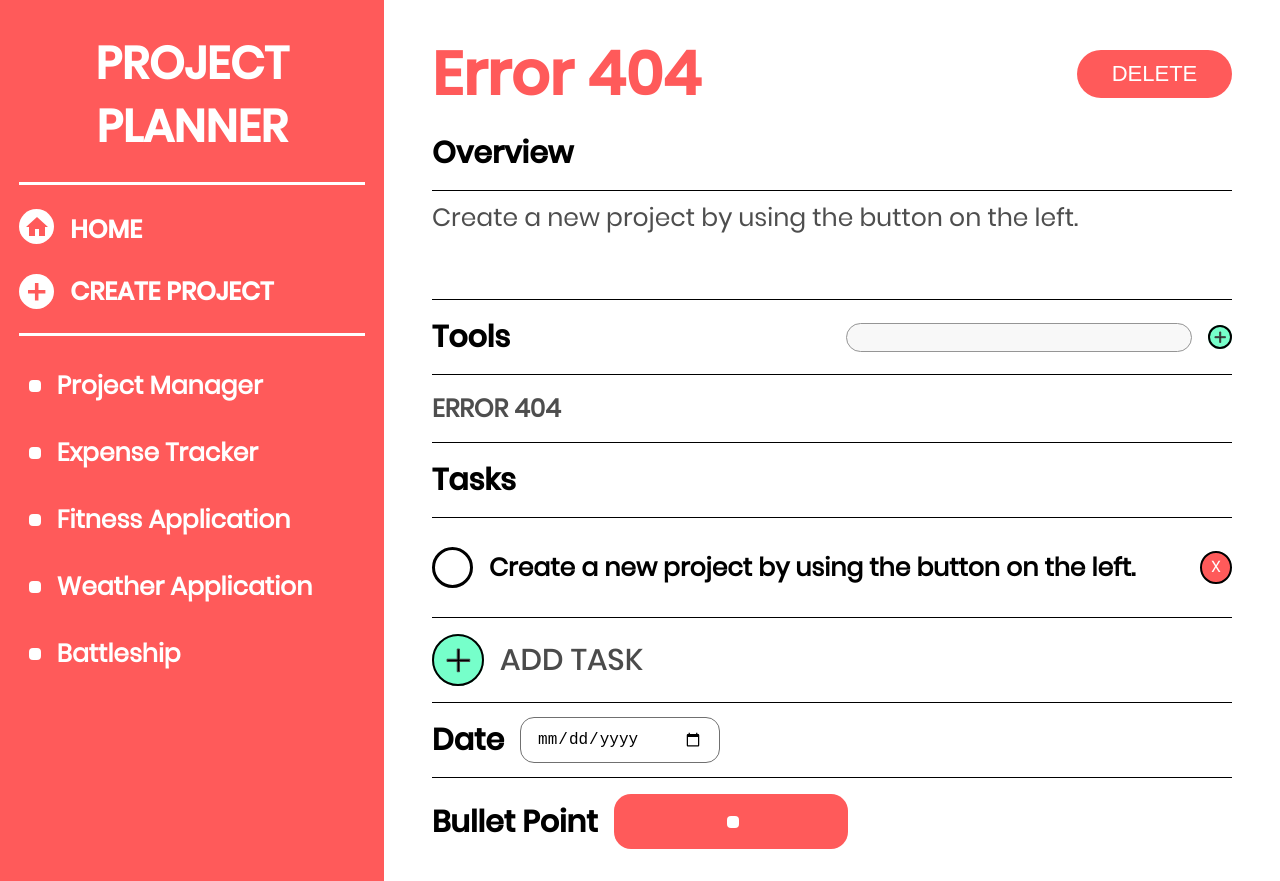
Repository: AzharMoosa/project-manager
Page: /project
These files come from the project's save history. The page is drawn as it stood at one moment and after a run of saves; the edit follows.
The browser window is 1280 px wide. The pictures show the whole page.
The project was rebuilt for these pictures with package versions that can differ from the ones it lists, and the page was loaded fresh each time. A package was used in the major version that the imports need, not the one package.json lists. Also part of the build but not shown: src/components/home/ProgressBar.js, src/components/home/ProjectProgress.js, src/components/home/Home.js.

Above is the page before, as saved 2020-06-25 14:09:57.

### public/index.html
<!DOCTYPE html>
<html lang="en">
  <head>
    <meta charset="utf-8" />
    <link rel="icon" href="%PUBLIC_URL%/favicon.ico" />
    <meta name="viewport" content="width=device-width, initial-scale=1" />
    <meta name="theme-color" content="#000000" />
    <meta
      name="description"
      content="Web site created using create-react-app"
    />
    <link rel="apple-touch-icon" href="%PUBLIC_URL%/logo192.png" />

    <link rel="manifest" href="%PUBLIC_URL%/manifest.json" />

    <title>Project Planner</title>
  </head>
  <body>
    <noscript>You need to enable JavaScript to run this app.</noscript>
    <div id="root"></div>
  </body>
</html>

### src/App.js
import React from "react";
import Sidebar from "./components/sidebar/Siebar";
import Main from "./components/Main";
import Modal from "./components/modal/Modal";
import { ProjectProvider } from "./ProjectContext";
import { SelectedProjectProvider } from "./SelectedProjectContext";
import { BrowserRouter } from "react-router-dom";

import "./App.css";

function App() {
  return (
    <BrowserRouter>
      <ProjectProvider>
        <SelectedProjectProvider>
          <div className='container'>
            <Sidebar />
            <Main />
            <Modal />
          </div>
        </SelectedProjectProvider>
      </ProjectProvider>
    </BrowserRouter>
  );
}

export default App;

### src/components/sidebar/Siebar.js
import React from "react";
import Header from "./Header";
import ProjectList from "../project-list/ProjectList";

const Siebar = () => {
  return (
    <div className='sidebar'>
      <Header />
      <ProjectList />
    </div>
  );
};

export default Siebar;

### src/components/Main.js
import React from "react";
import { Switch, Route } from "react-router-dom";
import Home from "./home/Home";
import CurrentProject from "./current-project/CurrentProject";

const Main = () => {
  return (
    <Switch>
      <Route exact path='/' component={Home}></Route>
      <Route exact path='/project' component={CurrentProject}></Route>
    </Switch>
  );
};

export default Main;

### src/SelectedProjectContext.js
import React, { useState, createContext } from "react";

export const SelectedProjectContext = createContext();

export const SelectedProjectProvider = (props) => {
  const [selectedProject, setSelectedProject] = useState({
    name: "Error 404",
    overview: "Create a new project by using the button on the left.",
    tools: ["Error 404"],
    progress: 0,
    tasks: [
      {
        task: "Create a new project by using the button on the left.",
        id: 1,
        complete: false,
      },
    ],
    color: "",
    date: "",
    id: 21,
  });

  return (
    <SelectedProjectContext.Provider
      value={[selectedProject, setSelectedProject]}
    >
      {props.children}
    </SelectedProjectContext.Provider>
  );
};

### src/App.css
:root {
  --red: #ff5a5a;
  --green: #76ffca;
  --blue: #76daff;
  --yellow: #fffa76;
  --purple: #ab76ff;
}

/* CSS RESET */

* {
  margin: 0;
  padding: 0;
  box-sizing: border-box;
}

/* Fonts */

@font-face {
  font-family: "Poppins-Med";
  src: url("./fonts/Poppins-Medium.ttf");
}

@font-face {
  font-family: "Poppins-Reg";
  src: url("./fonts/Poppins-Regular.ttf");
}

/* Body */

body {
  font-family: "Poppins-Reg";
  line-height: 1.4;
}

/* Utilities */

/* Bullet Points */

.white:before {
  content: " ";
  height: 12px;
  width: 12px;
  margin-right: 1rem;
  border-radius: 4px;
  background-color: #fff;
}

/* Container */
.container {
  display: flex;
}

/* Sidebar */
.sidebar {
  width: 30vw;
  background-color: var(--red);
  min-height: 100vh;
  color: #fff;
}

.title {
  font-size: 45px;
  font-family: "Poppins-Med";
  text-align: center;
  padding-top: 2rem;
}

.nav-btns::after,
.nav-btns:before {
  content: " ";
  display: block;
  border-bottom: 3px solid #fff;
  width: 100%;
  margin: 1.5rem auto;
}

.nav-btns {
  width: 90%;
  margin: auto;
}

.home-btn,
.create-project-btn {
  display: flex;
  align-items: center;
  margin-top: 1.5rem;
}

.home-btn h3,
.create-project-btn h3 {
  margin-left: 1rem;
  font-family: "Poppins-Med";
  font-size: 25px;
}

.home-btn svg,
.create-project-btn svg {
  cursor: pointer;
}

/* Home */

.home {
  width: 70vw;
  display: flex;
  flex-direction: column;
}

.home-title {
  font-size: 80px;
  font-family: "Poppins-Med";
  color: var(--red);
  text-align: center;
  margin-top: 1rem;
}

.home-title:after {
  content: " ";
  display: block;
  border-bottom: 5px solid var(--red);
  width: 342px;
  margin: 0 auto 1.5rem auto;
}

/* Selected Project */

.selected-project {
  width: 70vw;
  display: flex;
  flex-direction: column;
  padding: 2rem 3rem;
}

.selected-project-head {
  display: flex;
  align-items: center;
  justify-content: space-between;
}

.selected-project-title {
  color: var(--red);
  font-size: 60px;
  font-family: "Poppins-Med";
}

.selected-project h3 {
  font-size: 30px;
  font-family: "Poppins-Med";
  margin-top: 1rem;
}

.selected-project-heading:after,
.tools:before {
  content: " ";
  display: block;
  border-bottom: 1px solid #000;
  padding: 0.5rem 0;
}

.overview {
  color: #4e4e4e;
  font-size: 25px;
  font-family: "Poppins-Reg";
  padding: 0.5rem 0;
  outline: none;
  border: none;
  resize: none;
}

.tools-head {
  display: flex;
  justify-content: space-between;
  align-items: center;
  border-bottom: 1px solid #000;
  padding-bottom: 1rem;
}

.tools-input {
  margin-top: 1rem;
  display: flex;
  justify-content: center;
  align-items: center;
}

.add-tools {
  width: 346px;
  height: 29px;
  background-color: #f8f8f8;
  border: 1px solid #959595;
  border-radius: 15px;
  margin-right: 1rem;
  font-size: 15px;
  outline: none;
  padding: 0 1rem;
}

.add-tool-btn {
  cursor: pointer;
}

.tools-body {
  text-transform: uppercase;
  border-bottom: 1px solid #000;
}

.tools-body h3 {
  font-family: "Poppins-Reg";
  padding-bottom: 1rem;
  color: #4e4e4e;
  font-size: 25px;
}

.tasks-title {
  display: flex;
  align-items: center;
  border-bottom: 1px solid #000;
  padding-bottom: 1rem;
}

.bullet-point {
  border-radius: 50%;
  width: 41px;
  height: 41px;
  border: 3px solid #000;
  cursor: pointer;
  margin-right: 1rem;
}

.complete {
  background: var(--blue);
}

.not-complete {
  background: #fff;
}

.task {
  display: flex;
  justify-content: space-between;
  align-items: center;
}

.task-name {
  width: 100%;
  display: flex;
  align-items: center;
}

.task-name h3 {
  font-size: 25px;
  font-family: "Poppins-Reg";
  margin-bottom: 1rem;
}

.tasks {
  margin: 1rem 0;
}

.delete-task-btn {
  cursor: pointer;
  border-radius: 50%;
  width: 33px;
  height: 33px;
  border: 2px solid #000;
  cursor: pointer;
  background-color: var(--red);
  color: #fff;
  display: flex;
  justify-content: center;
  align-items: center;
}

.add-tasks {
  border-top: 1px solid #000;
  border-bottom: 1px solid #000;
  padding: 1rem 0;
  display: flex;
  align-items: center;
}

.add-tasks input {
  background: transparent;
  font-family: "Poppins-Med";
  border: none;
  font-size: 30px;
  outline: none;
  color: #000;
  margin-left: 1rem;
}

.add-tasks input::placeholder {
  color: #000;
  opacity: 0.7;
}

.add-tasks-btn {
  cursor: pointer;
  outline: none;
}

.date {
  display: flex;
  align-items: center;
  border-bottom: 1px solid #000;
}

.date h3 {
  margin-bottom: 1rem;
  margin-right: 1rem;
}

.date input {
  width: 200px;
  height: 46px;
  border-radius: 14px;
  border: 1px solid #707070;
  padding: 0 1rem;
  font-size: 16px;
}

.bullet-point-selector {
  display: flex;
  align-items: center;
}

.bullet-point-selector-bg {
  width: 234px;
  height: 55px;
  background-color: var(--red);
  margin-left: 1rem;
  margin-top: 1rem;
  display: flex;
  align-items: center;
  justify-content: space-between;
  padding-left: 2rem;
  border-radius: 17px;
}

/* Project Sidebar List */

.project-side {
  width: 85%;
  margin: 2rem auto;
  display: flex;
  align-items: center;
  cursor: pointer;
}

.project-side h3 {
  font-size: 25px;
}

/* Progress Bar */
.progressbar {
  width: 90%;
  background-color: #fff;
  border: 2px solid #2f2f2f;
  border-radius: 17px;
  margin: 0 auto 2rem auto;
}

.progressbar > div {
  background-color: var(--green);
  height: 33px;
  border-radius: 17px;
}

.progressbar > div h3 {
  display: flex;
  justify-content: flex-end;
  align-items: center;
  line-height: 1.8;
  margin-right: 1rem;
}

/* Project List */

.project-title {
  width: 90%;
  margin: 1.2rem auto;
  display: flex;
  justify-content: space-between;
}

.project-title h3 {
  font-size: 25px;
  font-family: "Poppins-Med";
}

.project-title h4 {
  font-size: 20px;
  font-family: "Poppins-Reg";
  color: #505050;
}

/* Create Project Popup */

.hide {
  display: none !important;
}

.create-project-popup {
  display: flex;
  justify-content: center;
  align-items: center;
  position: fixed;
  z-index: 1;
  left: 0;
  top: 0;
  width: 100%;
  height: 100%;
  background-color: rgb(0, 0, 0);
  background-color: rgba(99, 99, 99, 0.6);
}

.create-project-popup-content {
  background-color: var(--red);
  padding: 20px;
  border: 3px solid #343434;
  min-width: 526px;
  min-height: 617px;
  color: #fff;
  -webkit-box-shadow: 10px 10px 6px 0px rgba(0, 0, 0, 0.75);
  -moz-box-shadow: 10px 10px 6px 0px rgba(0, 0, 0, 0.75);
  box-shadow: 10px 10px 6px 0px rgba(0, 0, 0, 0.75);
}

.create-project-popup-content h1 {
  text-align: center;
}

.create-project-popup-content h1:after {
  content: " ";
  display: block;
  border-bottom: 3px solid #fff;
  width: 250px;
  margin: 0 auto 1.5rem auto;
}

.form-input {
  width: 100%;
  display: flex;
  flex-direction: column;
  justify-content: center;
}

.form-input label {
  font-size: 25px;
  font-family: "Poppins-Med";
}

.form-input input {
  height: 46px;
  background-color: transparent;
  border: 2px solid #fff;
  outline: none;
  color: #fff;
  font-size: 21px;
  padding: 0 0.5rem;
  width: 100%;
  margin-bottom: 2rem;
}

.form-input textarea {
  height: 202px;
  background-color: transparent;
  border: 2px solid #fff;
  outline: none;
  color: #fff;
  font-size: 21px;
  padding: 0.5rem 0.5rem;
  width: 100%;
  margin-bottom: 2rem;
  font-family: "Poppins-Reg";
}

.create-btn {
  background-color: var(--green);
  width: 155px;
  height: 48px;
  border-radius: 24px;
  border: none;
  font-size: 22px;
  margin: 2rem auto 0 auto;
  cursor: pointer;
  outline: none;
}

.delete-btn {
  background-color: var(--red);
  width: 155px;
  height: 48px;
  border-radius: 24px;
  border: none;
  font-size: 22px;
  cursor: pointer;
  outline: none;
  color: #fff;
}

### src/components/project-list/ProjectList.js
import React, { useContext } from "react";
import { ProjectContext } from "../../ProjectContext";
import ProjectSide from "./ProjectSide";

const ProjectList = () => {
  // eslint-disable-next-line
  const [projects, setProjects] = useContext(ProjectContext);

  return (
    <div>
      {projects.map((project) => (
        <ProjectSide
          name={project.name}
          color={project.color}
          key={project.id}
          project={project}
        />
      ))}
    </div>
  );
};

export default ProjectList;

### src/components/current-project/CurrentProject.js
import React, { useContext, useState } from "react";
import Task from "./Task";
import { SelectedProjectContext } from "../../SelectedProjectContext";
import { ProjectContext } from "../../ProjectContext";

const CurrentProject = () => {
  // eslint-disable-next-line
  const [selectedProject, setSelectedProject] = useContext(
    SelectedProjectContext
  );
  const [projects, setProjects] = useContext(ProjectContext);
  const [toolInput, setToolInput] = useState("");
  const [taskInput, setTaskInput] = useState("");

  const modifyOverview = () => {
    let overview = document.querySelector(".overview").value;
    setSelectedProject((selectedProject) => ({
      ...selectedProject,
      overview: overview,
    }));
  };

  const updateTools = () => {
    if (toolInput === "") {
      return;
    }
    let updatedTools = [...selectedProject.tools, toolInput];
    setSelectedProject((selectedProject) => ({
      ...selectedProject,
      tools: updatedTools,
    }));
    clearToolsInput();
  };

  const updateTask = () => {
    if (taskInput === "") {
      return;
    }
    let newTask = {
      task: taskInput,
      complete: false,
      id: Math.floor(Math.random() * 100),
    };
    selectedProject.tasks.push(newTask);
    updateProgress();
    clearTaskInput();
  };

  const deleteTask = (e) => {
    selectedProject.tasks.map((task) =>
      parseInt(task.id) === parseInt(e.target.id)
        ? selectedProject.tasks.splice(selectedProject.tasks.indexOf(task), 1)
        : null
    );
    updateProgress();
  };

  const toggleComplete = (e) => {
    let updatedTasks = [...selectedProject.tasks];
    updatedTasks.map((task) =>
      parseInt(task.id) === parseInt(e.target.id)
        ? (task.complete = !task.complete)
        : null
    );
    setSelectedProject((selectedProject) => ({
      ...selectedProject,
      tasks: updatedTasks,
    }));
    updateProgress();
  };

  const clearToolsInput = () => {
    let input = document.querySelector(".add-tools");
    input.value = "";
    setToolInput("");
  };

  const clearTaskInput = () => {
    let input = document.querySelector(".add-task-input");
    input.value = "";
    setTaskInput("");
  };

  const updateProjects = () => {
    let updatedArray = [...projects];
    let i;
    updatedArray.map((p) =>
      p.name === selectedProject.name ? (i = projects.indexOf(p)) : null
    );
    updatedArray[i] = selectedProject;
    setProjects(updatedArray);
  };

  const updateProgress = () => {
    let updatedTasks = [...selectedProject.tasks];
    let count = 0;
    updatedTasks.map((task) => (task.complete === true ? count++ : null));
    let progress =
      updatedTasks.length > 0
        ? Math.floor((count / updatedTasks.length) * 100)
        : 0;
    setSelectedProject((selectedProject) => ({
      ...selectedProject,
      progress: progress,
    }));
  };

  const updateDate = () => {
    let newDate = document.querySelector(".date-input").value;
    setSelectedProject((selectedProject) => ({
      ...selectedProject,
      date: newDate,
    }));
  };

  const updateBulletPoint = (e) => {
    let newColor = e.target.className;
    setSelectedProject((selectedProject) => ({
      ...selectedProject,
      color: newColor,
    }));
  };

  return (
    <div className='selected-project'>
      <div className='selected-project-head'>
        <h1 className='selected-project-title'>{selectedProject.name}</h1>
        <button className='delete-btn' onClick={updateProjects}>
          DELETE
        </button>
      </div>

      <h3 className='selected-project-heading'>Overview</h3>

      <textarea
        type='text'
        className='overview'
        value={selectedProject.overview}
        onChange={modifyOverview}
      />
      <div className='tools'>
        <div className='tools-head'>
          <h3>Tools</h3>
          <div className='tools-input'>
            <input
              type='text'
              className='add-tools'
              onChange={(e) => setToolInput(e.target.value)}
            />
            <svg
              xmlns='http://www.w3.org/2000/svg'
              width='24'
              height='24'
              viewBox='0 0 24 24'
              className='add-tool-btn'
              onClick={updateTools}
            >
              <g
                id='Add_Tool_Btn'
                data-name='Add Tool Btn'
                transform='translate(-49.866 -241.866)'
              >
                <g
                  id='Ellipse_2'
                  data-name='Ellipse 2'
                  transform='translate(49.866 241.866)'
                  fill='#76ffca'
                  stroke='#000'
                  strokeWidth='2'
                >
                  <circle cx='12' cy='12' r='12' stroke='none' />
                  <circle cx='12' cy='12' r='11' fill='none' />
                </g>
                <path
                  id='icons8-plus'
                  d='M6.72,2V6.72H2V7.769H6.72v4.72H7.769V7.769h4.72V6.72H7.769V2Z'
                  transform='translate(54.819 246.819)'
                  stroke='#404040'
                  strokeWidth='1'
                  fillRule='evenodd'
                />
              </g>
            </svg>
          </div>
        </div>
        <div className='tools-body'>
          <h3>{selectedProject.tools.join(" | ")}</h3>
        </div>
      </div>

      <h3 className='selected-project-heading'>Tasks</h3>

      <div className='tasks'>
        {selectedProject.tasks.map((task) => (
          <Task
            key={task.id}
            id={task.id}
            task={task}
            toggleComplete={toggleComplete}
            deleteTask={deleteTask}
          />
        ))}
      </div>

      <div className='add-tasks'>
        <svg
          xmlns='http://www.w3.org/2000/svg'
          width='52'
          height='52'
          viewBox='0 0 52 52'
          className='add-tasks-btn'
          onClick={updateTask}
        >
          <g
            id='Add_Tool_Btn'
            data-name='Add Tool Btn'
            transform='translate(-49.866 -241.866)'
          >
            <g
              id='Ellipse_2'
              data-name='Ellipse 2'
              transform='translate(49.866 241.866)'
              fill='#76ffca'
              stroke='#000'
              strokeWidth='2'
            >
              <circle cx='26' cy='26' r='26' stroke='none' />
              <circle cx='26' cy='26' r='25' fill='none' />
            </g>
            <path
              id='icons8-plus'
              d='M12.21,2V12.21H2v2.269H12.21v10.21h2.269V14.479h10.21V12.21H14.479V2Z'
              transform='translate(62.905 254.905)'
              stroke='#404040'
              strokeWidth='1'
              fillRule='evenodd'
            />
          </g>
        </svg>
        <input
          className='add-task-input'
          onChange={(e) => setTaskInput(e.target.value)}
          placeholder={"ADD TASK"}
        />
      </div>

      <div className='date'>
        <h3>Date</h3>
        <input
          type='date'
          value={selectedProject.date}
          className='date-input'
          onChange={updateDate}
        />
      </div>

      <div className='bullet-point-selector'>
        <h3>Bullet Point</h3>
        <div className='bullet-point-selector-bg'>
          <div className='project-side blue' onClick={updateBulletPoint}></div>
          <div
            className='project-side yellow'
            onClick={updateBulletPoint}
          ></div>
          <div className='project-side white' onClick={updateBulletPoint}></div>
          <div className='project-side green' onClick={updateBulletPoint}></div>
          <div
            className='project-side purple'
            onClick={updateBulletPoint}
          ></div>
        </div>
      </div>
    </div>
  );
};

export default CurrentProject;

### src/components/project-list/ProjectSide.js
import React, { useContext } from "react";
import { SelectedProjectContext } from "../../SelectedProjectContext";
import { ProjectContext } from "../../ProjectContext";
import { Link } from "react-router-dom";

const Project = ({ name, color, project }) => {
  // eslint-disable-next-line
  const [selectedProject, setSelectedProject] = useContext(
    SelectedProjectContext
  );

  const [projects, setProjects] = useContext(ProjectContext);

  const updateProjects = () => {
    let updatedArray = [...projects];
    let i;
    updatedArray.map((p) =>
      p.name === selectedProject.name ? (i = projects.indexOf(p)) : null
    );
    updatedArray[i] = selectedProject;
    setProjects(updatedArray);
  };

  return (
    <Link to='/project' style={{ textDecoration: "none", color: "#fff" }}>
      <div className={`project-side white`}>
        <h3
          onClick={() => {
            updateProjects();
            setSelectedProject(project);
          }}
        >
          {name}
        </h3>
      </div>
    </Link>
  );
};

export default Project;

### src/components/current-project/Task.js
import React from "react";

const Task = ({ task, toggleComplete, id, deleteTask }) => {
  return (
    <div className='task'>
      <div className='task-name'>
        <div
          id={id}
          onClick={toggleComplete}
          className={`bullet-point ${
            task.complete ? "complete" : "not-complete"
          }`}
        ></div>
        <h3>{task.task}</h3>
      </div>
      <div className='delete-task-btn' onClick={deleteTask} id={id}>
        X
      </div>
    </div>
  );
};

export default Task;

Loaded but not shown: src/index.js (common file); src/ProjectContext.js (104 lines, source omitted); src/components/sidebar/Header.js (104 lines, source omitted); src/components/modal/Modal.js (73 lines, source omitted)

After the next 2 saves:
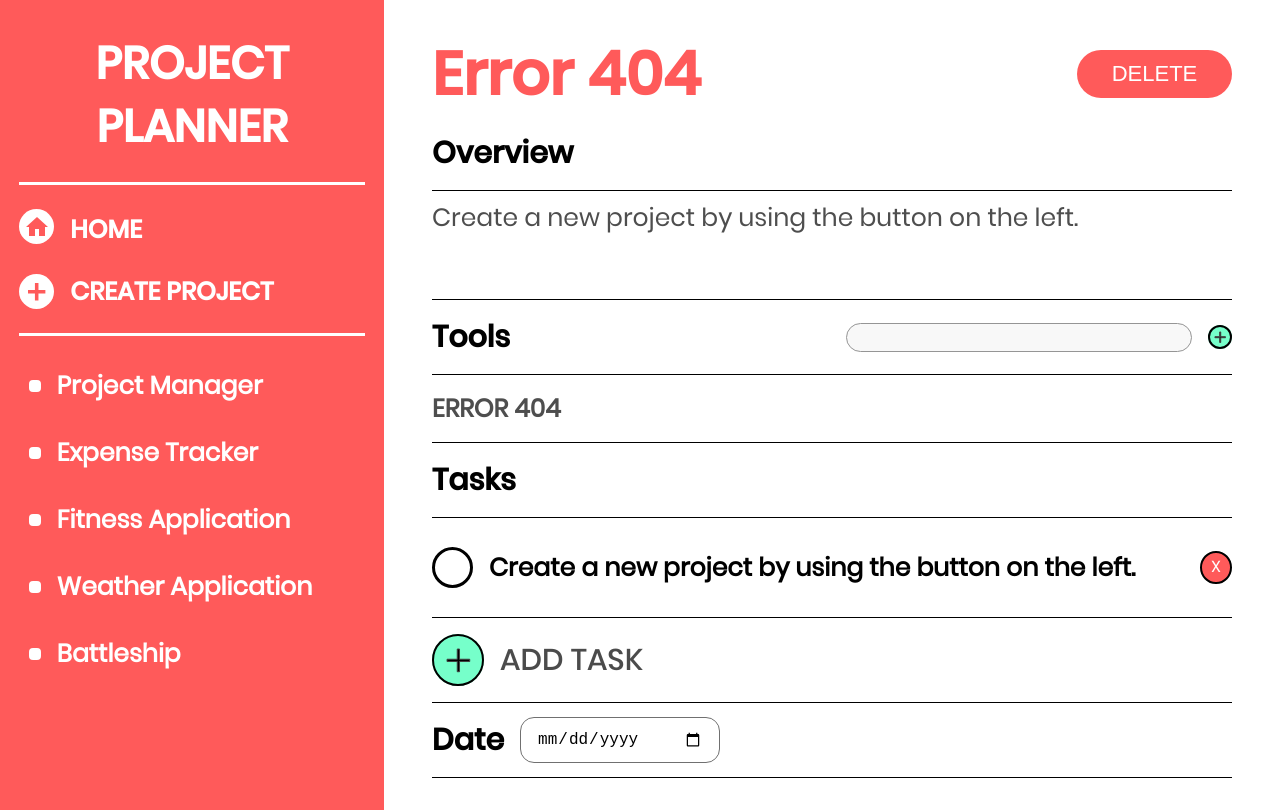
The 2 saves are shown as one change because 1 did not build or start.
The last was saved 26 s later.
--- a/src/components/current-project/CurrentProject.js
+++ b/src/components/current-project/CurrentProject.js
@@ -110,14 +110,6 @@ const CurrentProject = () => {
     setSelectedProject((selectedProject) => ({
       ...selectedProject,
       date: newDate,
-    }));
-  };
-
-  const updateBulletPoint = (e) => {
-    let newColor = e.target.className;
-    setSelectedProject((selectedProject) => ({
-      ...selectedProject,
-      color: newColor,
     }));
   };
 
@@ -253,23 +245,6 @@ const CurrentProject = () => {
           onChange={updateDate}
         />
       </div>
-
-      <div className='bullet-point-selector'>
-        <h3>Bullet Point</h3>
-        <div className='bullet-point-selector-bg'>
-          <div className='project-side blue' onClick={updateBulletPoint}></div>
-          <div
-            className='project-side yellow'
-            onClick={updateBulletPoint}
-          ></div>
-          <div className='project-side white' onClick={updateBulletPoint}></div>
-          <div className='project-side green' onClick={updateBulletPoint}></div>
-          <div
-            className='project-side purple'
-            onClick={updateBulletPoint}
-          ></div>
-        </div>
-      </div>
     </div>
   );
 };
